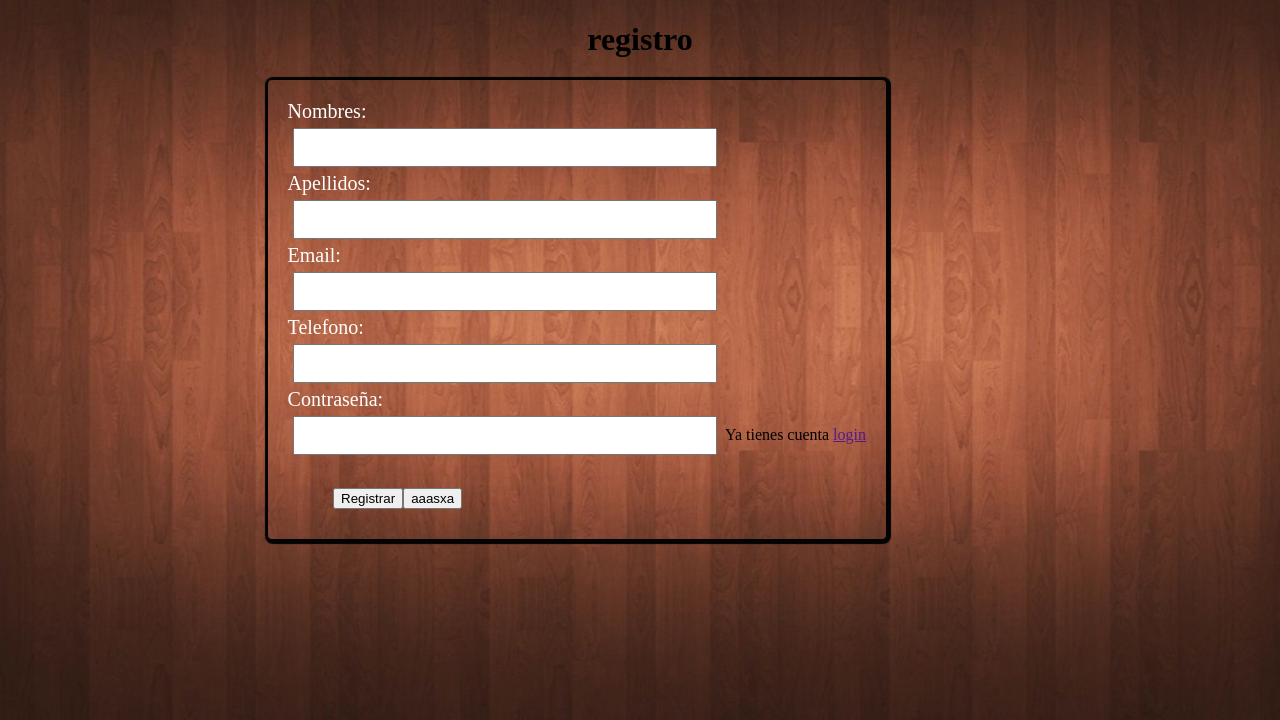
Repository: ye909/aplicacion_restaurante
Page: public/templeis/registro.html
The author's editor kept a copy of each file at every save. The page is drawn from the files as they stood at one save, then again after the next save.
The browser window is 1280 px wide. The pictures show the whole page.

Above is the page before, as saved 2024-11-12 21:46:58.

After the next save:
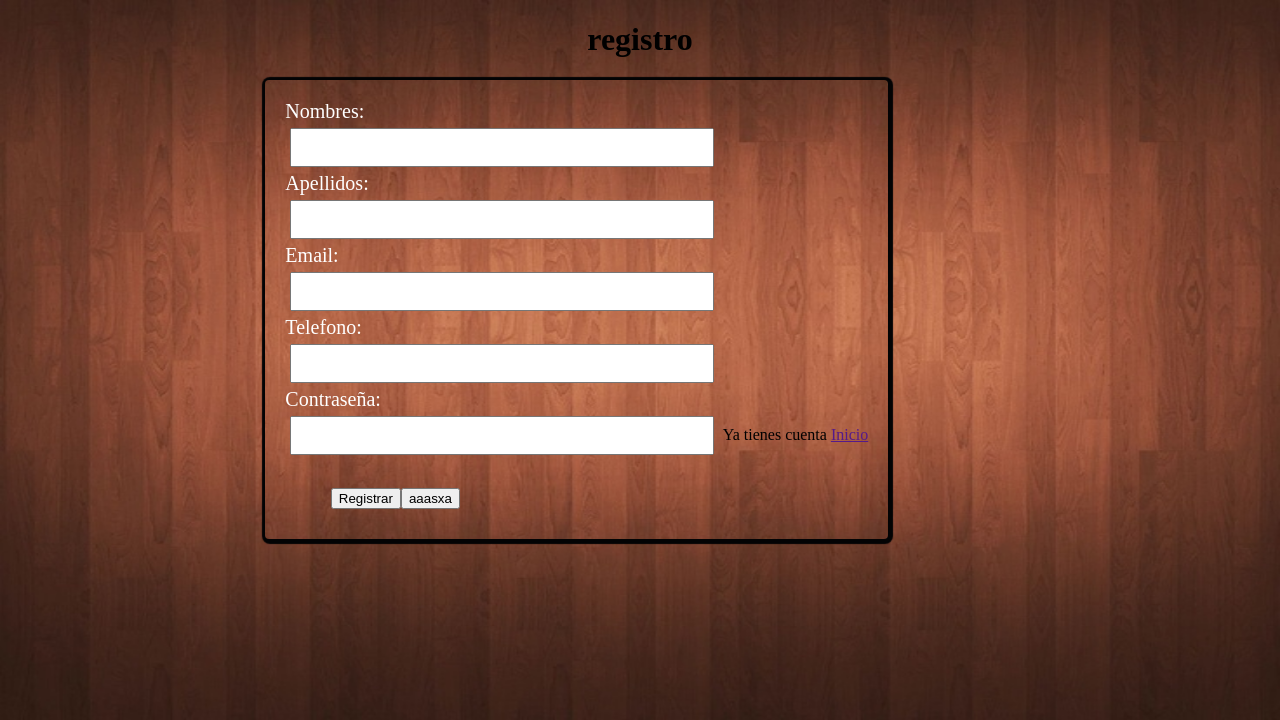
Saved 11 s later.
--- a/public/templeis/registro.html
+++ b/public/templeis/registro.html
@@ -24,7 +24,7 @@
             <br>
             <label for="password">Contraseña:</label><br>
             <input type="password" id="password" name="password">
-            Ya tienes cuenta <a href="">login</a>
+            Ya tienes cuenta <a href="">Inicio</a>
             <br><br>
             <div class="container_btn">
                 <button>Registrar</button>
